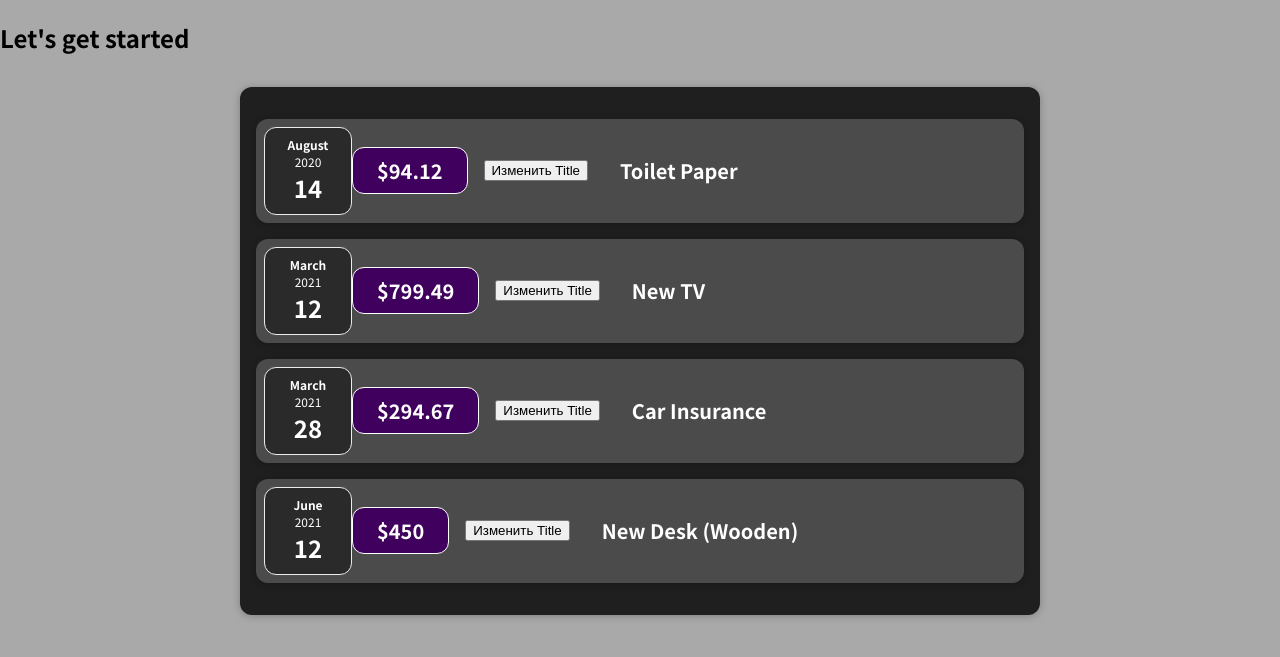
Repository: otvertka/MSC
Page: /
An editor plug-in stored every save of this project. The page is shown before and after the next save, followed by the edit.
The browser window is 1280 px wide. The pictures show the whole page.
The project was rebuilt for these pictures with package versions that can differ from the ones it lists, and the page was loaded fresh each time. Also part of the build but not shown: src/App.js.

Above is the page before, as saved 2023-06-20 13:22:46.

After the next save:
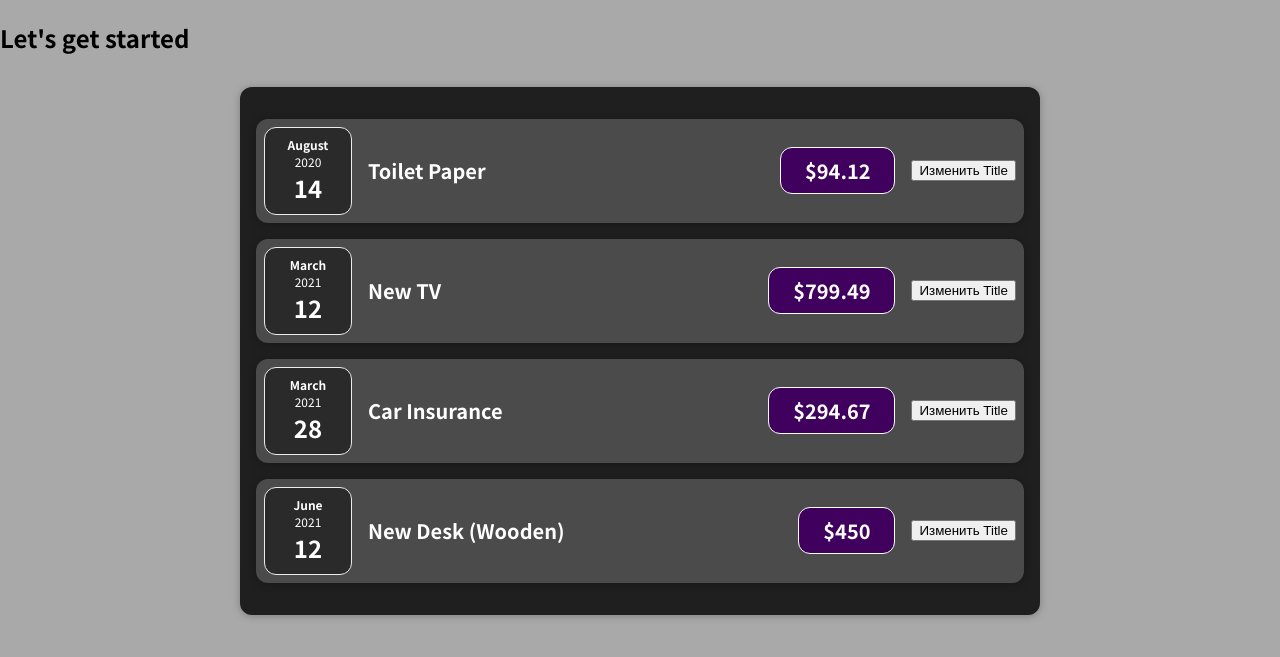
Saved 24 s later.
--- a/src/components/Expenses/ExpenseItem.js
+++ b/src/components/Expenses/ExpenseItem.js
@@ -14,9 +14,9 @@ const ExpenseItem = (props) => {
     <Card className="expense-item">
       <ExpenseDate date={props.date} />
       <div className="expense-item__description">
+        <h2>{props.title}</h2>
         <div className="expense-item__price">${props.amount}</div>
         <button onClick={clickHandler}>Изменить Title</button>
-        <h2>{props.title}</h2>
       </div>
     </Card>
   );
